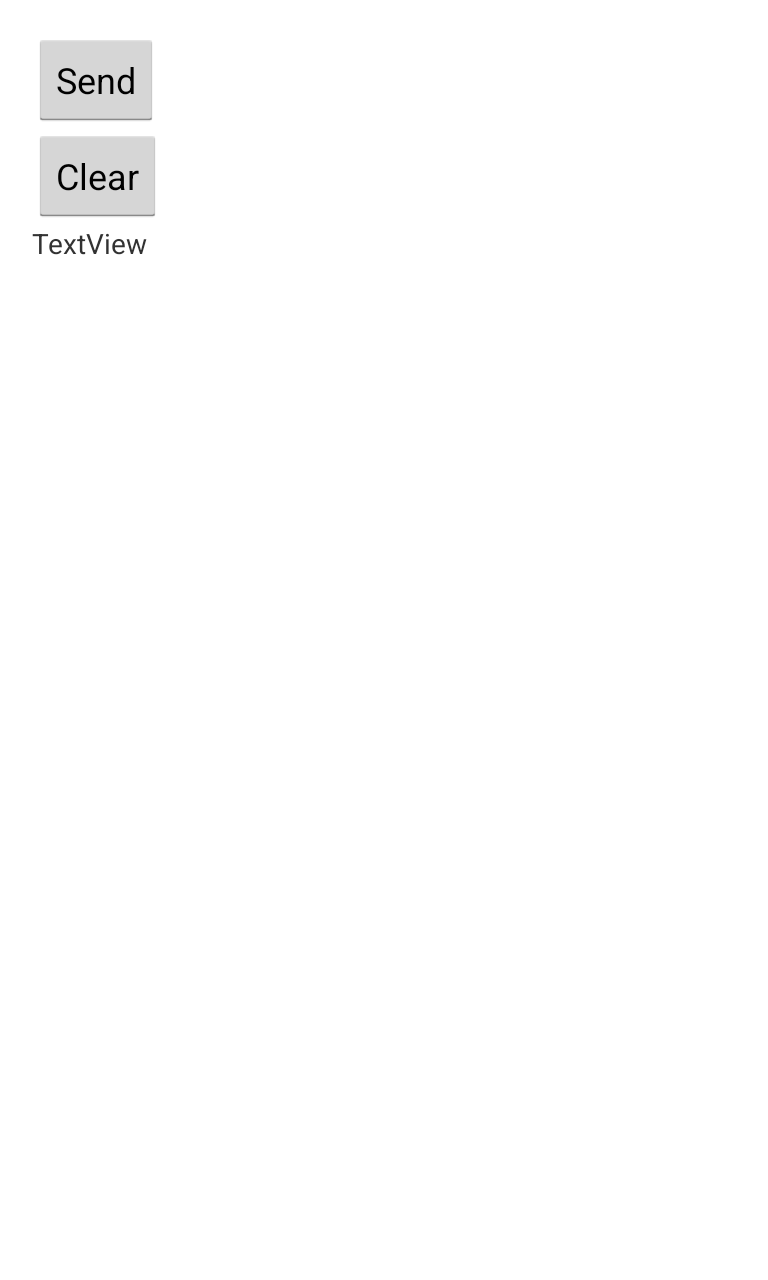
Repository: superlikex/Android_task
Layout: HttpClient_test/res/layout/activity_main.xml
These files come from the project's save history. The layout is drawn as it stood at one moment and after the next save; the edit follows.
It is drawn on a 768 x 1280 px phone screen (xhdpi) without system bars, with theme AppTheme; the app's code is not run.

Above is the layout before, as saved 2015-12-04 09:47:18.

### HttpClient_test/res/layout/activity_main.xml
<LinearLayout xmlns:android="http://schemas.android.com/apk/res/android"
    xmlns:tools="http://schemas.android.com/tools"
    android:layout_width="match_parent"
    android:layout_height="match_parent"
    android:orientation="vertical"
    android:paddingBottom="@dimen/activity_vertical_margin"
    android:paddingLeft="@dimen/activity_horizontal_margin"
    android:paddingRight="@dimen/activity_horizontal_margin"
    android:paddingTop="@dimen/activity_vertical_margin"
    tools:context="com.example.httpclient_test.MainActivity" >

    <Button
        android:id="@+id/bt_send"
        android:layout_width="wrap_content"
        android:layout_height="wrap_content"
        android:text="Send" />

    <Button
        android:id="@+id/bt_clear"
        android:layout_width="wrap_content"
        android:layout_height="wrap_content"
        android:text="Clear" />

    <TextView
        android:id="@+id/textView1"
        android:layout_width="wrap_content"
        android:layout_height="wrap_content"
        android:text="TextView" />

</LinearLayout>

Loaded but not shown: HttpClient_test/res/values/styles.xml (common file); HttpClient_test/res/values-v11/styles.xml (common file); HttpClient_test/res/values-v14/styles.xml (common file); HttpClient_test/res/values/dimens.xml (common file); HttpClient_test/res/values-w820dp/dimens.xml (common file)

After the next save:
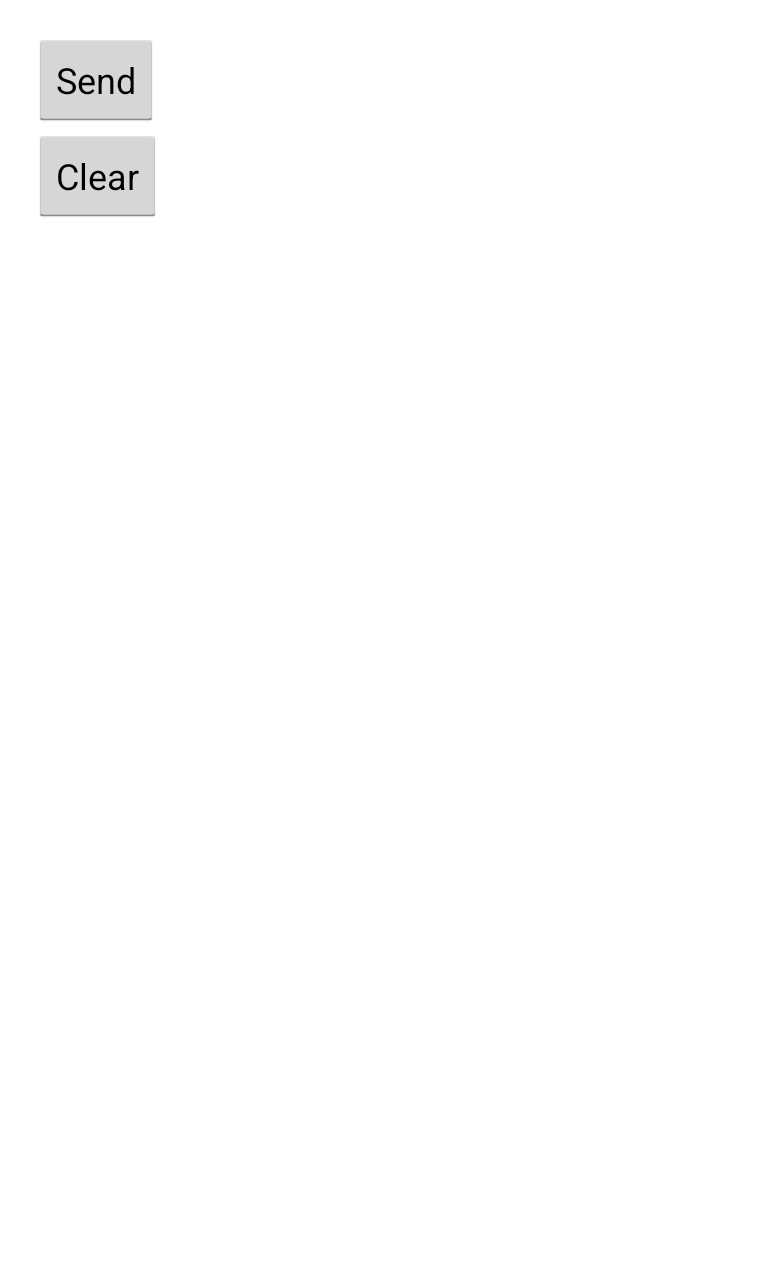
Saved 2 min 37 s later.
--- a/HttpClient_test/res/layout/activity_main.xml
+++ b/HttpClient_test/res/layout/activity_main.xml
@@ -20,11 +20,14 @@
         android:layout_width="wrap_content"
         android:layout_height="wrap_content"
         android:text="Clear" />
-
-    <TextView
-        android:id="@+id/textView1"
-        android:layout_width="wrap_content"
-        android:layout_height="wrap_content"
-        android:text="TextView" />
+	<ScrollView >
+	     android:layout_width="match_parent"
+  		 android:layout_height="match_parent"
+    	<TextView
+	        android:id="@+id/textView1"
+	        android:layout_width="wrap_content"
+	        android:layout_height="wrap_content"
+	        android:text="TextView" />
+    </ScrollView>
 
 </LinearLayout>

After the save that followed:
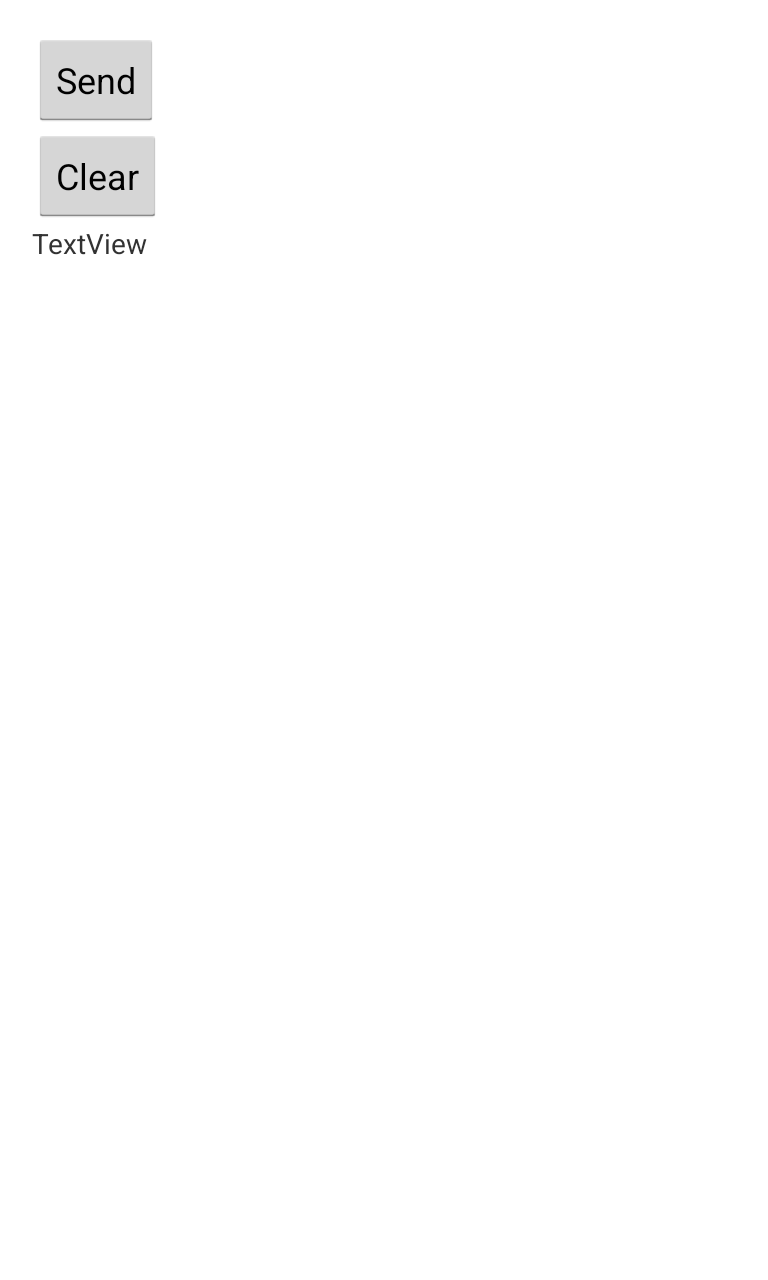
Saved 76 s later.
--- a/HttpClient_test/res/layout/activity_main.xml
+++ b/HttpClient_test/res/layout/activity_main.xml
@@ -20,9 +20,9 @@
         android:layout_width="wrap_content"
         android:layout_height="wrap_content"
         android:text="Clear" />
-	<ScrollView >
+	<ScrollView
 	     android:layout_width="match_parent"
-  		 android:layout_height="match_parent"
+  		 android:layout_height="match_parent">
     	<TextView
 	        android:id="@+id/textView1"
 	        android:layout_width="wrap_content"
